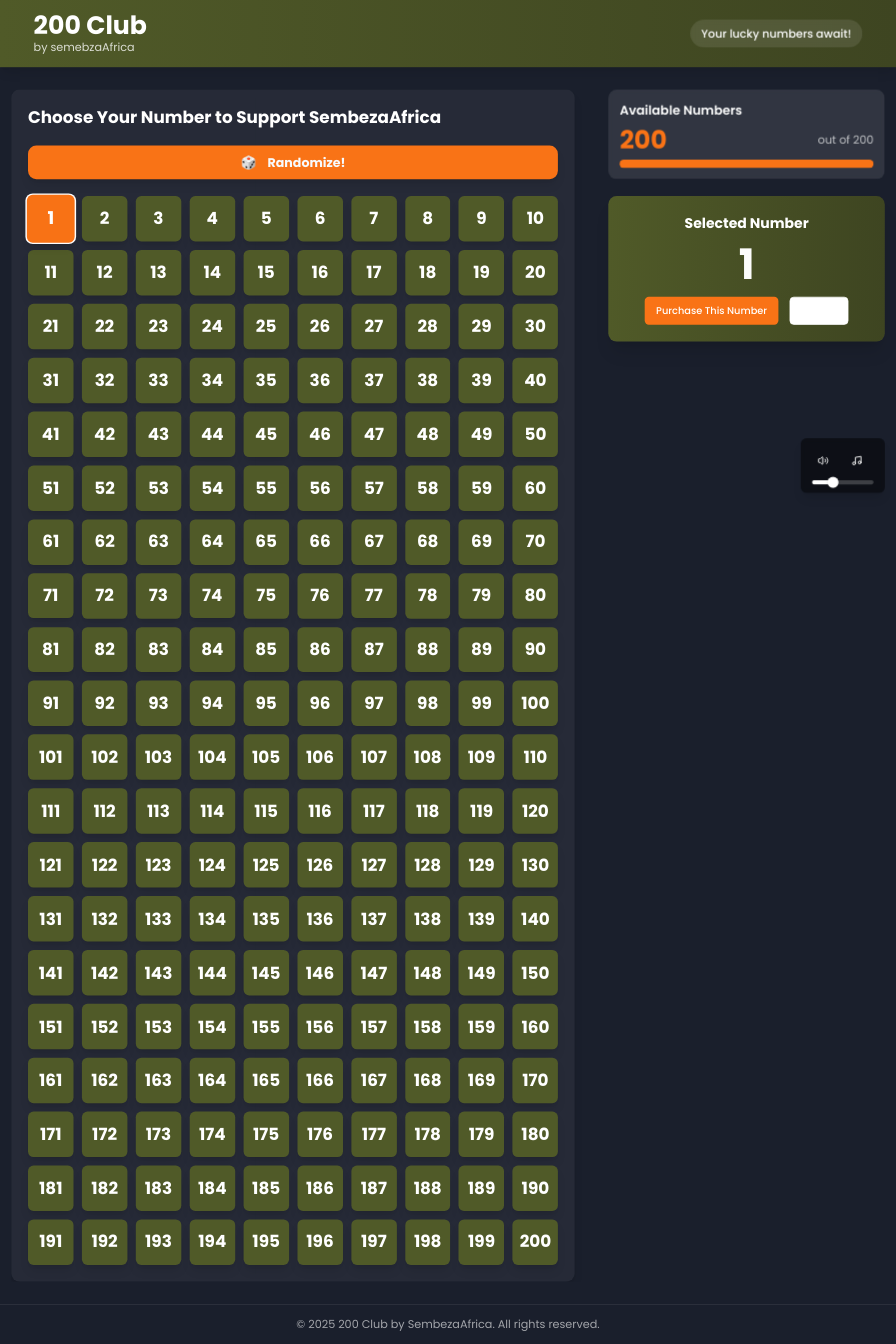
Repository: kaizoku010/200club
Page: /game, after clicking the first element matching `div.number-card`
These files come from the project's save history. The page is drawn as it stood at one moment and after the next save; the edit follows.
The browser window is 1280 px wide. The pictures show the whole page, at 70% of full size.
The project was rebuilt for these pictures with package versions that can differ from the ones it lists, and the page was loaded fresh each time. Also part of the build but not shown: vite.config.ts, src/components/ui/tooltip.tsx, src/pages/LandingPage.tsx, src/components/Cart.tsx, src/components/ui/input.tsx, src/components/ui/radio-group.tsx, src/components/ui/label.tsx, src/pages/NotFound.tsx.

Above is the page before, as saved 2025-05-07 02:40:22.

### index.html
<!DOCTYPE html>
<html lang="en">
  <head>
    <meta charset="UTF-8" />
    <meta name="viewport" content="width=device-width, initial-scale=1.0" />
    <title>lucky-number-arena-buy</title>
    <meta name="description" content="Lovable Generated Project" />
    <meta name="author" content="Lovable" />

    <meta property="og:title" content="lucky-number-arena-buy" />
    <meta property="og:description" content="Lovable Generated Project" />
    <meta property="og:type" content="website" />
    <meta property="og:image" content="https://lovable.dev/opengraph-image-p98pqg.png" />

    <meta name="twitter:card" content="summary_large_image" />
    <meta name="twitter:site" content="@lovable_dev" />
    <meta name="twitter:image" content="https://lovable.dev/opengraph-image-p98pqg.png" />
  </head>

  <body>
    <div id="root"></div>
    <!-- IMPORTANT: DO NOT REMOVE THIS SCRIPT TAG OR THIS VERY COMMENT! -->
    <script src="https://cdn.gpteng.co/gptengineer.js" type="module"></script>
    <script type="module" src="/src/main.tsx"></script>
  </body>
</html>

### src/App.tsx
import { Toaster } from "@/components/ui/toaster";
import { Toaster as Sonner } from "@/components/ui/sonner";
import { TooltipProvider } from "@/components/ui/tooltip";
import { QueryClient, QueryClientProvider } from "@tanstack/react-query";
import { BrowserRouter, Routes, Route, Navigate } from "react-router-dom";
import LandingPage from "./pages/LandingPage";
import GamePage from "./pages/GamePage";
import NotFound from "./pages/NotFound";

const queryClient = new QueryClient();

const App = () => (
  <QueryClientProvider client={queryClient}>
    <TooltipProvider>
      <Toaster />
      <Sonner />
      <BrowserRouter>
        <Routes>
          <Route path="/" element={<LandingPage />} />
          <Route path="/game" element={<GamePage />} />
          {/* Redirect /index to the new game page for backward compatibility */}
          <Route path="/index" element={<Navigate to="/game" replace />} />
          {/* ADD ALL CUSTOM ROUTES ABOVE THE CATCH-ALL "*" ROUTE */}
          <Route path="*" element={<NotFound />} />
        </Routes>
      </BrowserRouter>
    </TooltipProvider>
  </QueryClientProvider>
);

export default App;

### src/index.css

@import url('https://fonts.googleapis.com/css2?family=Poppins:wght@400;500;600;700&display=swap');

@tailwind base;
@tailwind components;
@tailwind utilities;

@layer base {
  :root {
    --background: 0 0% 100%;
    --foreground: 222.2 84% 4.9%;

    --card: 0 0% 100%;
    --card-foreground: 222.2 84% 4.9%;

    --popover: 0 0% 100%;
    --popover-foreground: 222.2 84% 4.9%;

    --primary: 222.2 47.4% 11.2%;
    --primary-foreground: 210 40% 98%;

    --secondary: 210 40% 96.1%;
    --secondary-foreground: 222.2 47.4% 11.2%;

    --muted: 210 40% 96.1%;
    --muted-foreground: 215.4 16.3% 46.9%;

    --accent: 210 40% 96.1%;
    --accent-foreground: 222.2 47.4% 11.2%;

    --destructive: 0 84.2% 60.2%;
    --destructive-foreground: 210 40% 98%;

    --border: 214.3 31.8% 91.4%;
    --input: 214.3 31.8% 91.4%;
    --ring: 222.2 84% 4.9%;

    --radius: 0.5rem;
  }

  .dark {
    --background: 222.2 84% 4.9%;
    --foreground: 210 40% 98%;

    --card: 222.2 84% 4.9%;
    --card-foreground: 210 40% 98%;

    --popover: 222.2 84% 4.9%;
    --popover-foreground: 210 40% 98%;

    --primary: 210 40% 98%;
    --primary-foreground: 222.2 47.4% 11.2%;

    --secondary: 217.2 32.6% 17.5%;
    --secondary-foreground: 210 40% 98%;

    --muted: 217.2 32.6% 17.5%;
    --muted-foreground: 215 20.2% 65.1%;

    --accent: 217.2 32.6% 17.5%;
    --accent-foreground: 210 40% 98%;

    --destructive: 0 62.8% 30.6%;
    --destructive-foreground: 210 40% 98%;

    --border: 217.2 32.6% 17.5%;
    --input: 217.2 32.6% 17.5%;
    --ring: 212.7 26.8% 83.9%;
  }
}

@layer base {
  * {
    @apply border-border;
  }

  body {
    @apply bg-game-background text-game-text font-sans;
  }

  .number-card {
    @apply flex items-center justify-center bg-game-primary rounded-lg text-white font-bold text-2xl shadow-lg transition-all duration-300 hover:scale-105 hover:bg-game-secondary cursor-pointer;
    aspect-ratio: 1 / 1;
  }

  .number-card.selected {
    @apply bg-game-accent scale-105 ring-2 ring-white;
    animation: pulse 2s infinite;
  }

  .number-card.purchased {
    @apply bg-gray-500 opacity-50 cursor-not-allowed hover:scale-100;
  }

  .action-button {
    @apply bg-game-accent text-white font-bold py-3 px-6 rounded-full shadow-lg hover:bg-game-highlight transition-colors duration-300;
  }

  .payment-option {
    @apply flex items-center space-x-2 p-4 border-2 rounded-xl transition-all duration-300;
  }

  .payment-option.selected {
    @apply border-game-accent bg-opacity-10 bg-game-accent;
  }

  @keyframes pulse {
    0%, 100% {
      transform: scale(1.05);
    }
    50% {
      transform: scale(1.1);
    }
  }
}

### src/components/ui/toaster.tsx
import { useToast } from "@/hooks/use-toast"
import {
  Toast,
  ToastClose,
  ToastDescription,
  ToastProvider,
  ToastTitle,
  ToastViewport,
} from "@/components/ui/toast"

export function Toaster() {
  const { toasts } = useToast()

  return (
    <ToastProvider>
      {toasts.map(function ({ id, title, description, action, ...props }) {
        return (
          <Toast key={id} {...props}>
            <div className="grid gap-1">
              {title && <ToastTitle>{title}</ToastTitle>}
              {description && (
                <ToastDescription>{description}</ToastDescription>
              )}
            </div>
            {action}
            <ToastClose />
          </Toast>
        )
      })}
      <ToastViewport />
    </ToastProvider>
  )
}

### src/components/ui/sonner.tsx
import { useTheme } from "next-themes"
import { Toaster as Sonner, toast } from "sonner"

type ToasterProps = React.ComponentProps<typeof Sonner>

const Toaster = ({ ...props }: ToasterProps) => {
  const { theme = "system" } = useTheme()

  return (
    <Sonner
      theme={theme as ToasterProps["theme"]}
      className="toaster group"
      toastOptions={{
        classNames: {
          toast:
            "group toast group-[.toaster]:bg-background group-[.toaster]:text-foreground group-[.toaster]:border-border group-[.toaster]:shadow-lg",
          description: "group-[.toast]:text-muted-foreground",
          actionButton:
            "group-[.toast]:bg-primary group-[.toast]:text-primary-foreground",
          cancelButton:
            "group-[.toast]:bg-muted group-[.toast]:text-muted-foreground",
        },
      }}
      {...props}
    />
  )
}

export { Toaster, toast }

### src/components/ui/button.tsx
import * as React from "react"
import { Slot } from "@radix-ui/react-slot"
import { cva, type VariantProps } from "class-variance-authority"

import { cn } from "@/lib/utils"

const buttonVariants = cva(
  "inline-flex items-center justify-center gap-2 whitespace-nowrap rounded-md text-sm font-medium ring-offset-background transition-colors focus-visible:outline-none focus-visible:ring-2 focus-visible:ring-ring focus-visible:ring-offset-2 disabled:pointer-events-none disabled:opacity-50 [&_svg]:pointer-events-none [&_svg]:size-4 [&_svg]:shrink-0",
  {
    variants: {
      variant: {
        default: "bg-primary text-primary-foreground hover:bg-primary/90",
        destructive:
          "bg-destructive text-destructive-foreground hover:bg-destructive/90",
        outline:
          "border border-input bg-background hover:bg-accent hover:text-accent-foreground",
        secondary:
          "bg-secondary text-secondary-foreground hover:bg-secondary/80",
        ghost: "hover:bg-accent hover:text-accent-foreground",
        link: "text-primary underline-offset-4 hover:underline",
      },
      size: {
        default: "h-10 px-4 py-2",
        sm: "h-9 rounded-md px-3",
        lg: "h-11 rounded-md px-8",
        icon: "h-10 w-10",
      },
    },
    defaultVariants: {
      variant: "default",
      size: "default",
    },
  }
)

export interface ButtonProps
  extends React.ButtonHTMLAttributes<HTMLButtonElement>,
    VariantProps<typeof buttonVariants> {
  asChild?: boolean
}

const Button = React.forwardRef<HTMLButtonElement, ButtonProps>(
  ({ className, variant, size, asChild = false, ...props }, ref) => {
    const Comp = asChild ? Slot : "button"
    return (
      <Comp
        className={cn(buttonVariants({ variant, size, className }))}
        ref={ref}
        {...props}
      />
    )
  }
)
Button.displayName = "Button"

export { Button, buttonVariants }

### src/components/Header.tsx

import React from 'react';
import { useToast } from '@/components/ui/use-toast';

const Header: React.FC = () => {
  return (
    <header className="bg-gradient-to-r from-game-primary to-game-secondary p-4 shadow-lg">
      <div className="container mx-auto flex flex-col md:flex-row items-center justify-between">
        <div className="text-center md:text-left mb-4 md:mb-0">
          <h1 className="text-3xl md:text-4xl font-bold text-white">
            200 Club
          </h1>
          <p className="text-white/80">by semebzaAfrica</p>
        </div>
        <div className="flex items-center space-x-4">
          <div className="bg-white/10 p-2 px-4 rounded-full backdrop-blur-sm">
            <span className="text-white font-medium">Your lucky numbers await!</span>
          </div>
        </div>
      </div>
    </header>
  );
};

export default Header;

### src/components/NumberGrid.tsx

import React from 'react';
import { cn } from '@/lib/utils';
import { playSound } from '@/services/soundService';

interface NumberGridProps {
  availableNumbers: number[];
  selectedNumber: number | null;
  purchasedNumbers: number[];
  onNumberSelected: (number: number) => void;
}

const NumberGrid: React.FC<NumberGridProps> = ({
  availableNumbers,
  selectedNumber,
  purchasedNumbers,
  onNumberSelected
}) => {
  const allNumbers = Array.from({ length: 200 }, (_, i) => i + 1);

  const isNumberAvailable = (num: number) => availableNumbers.includes(num);
  const isNumberPurchased = (num: number) => purchasedNumbers.includes(num);
  const isNumberSelected = (num: number) => selectedNumber === num;

  return (
    <div className="grid grid-cols-5 sm:grid-cols-8 md:grid-cols-10 gap-2 md:gap-3">
      {allNumbers.map(number => (
        <div
          key={number}
          className={cn(
            "number-card animate-scaleIn",
            isNumberPurchased(number) && "purchased",
            isNumberSelected(number) && "selected",
            !isNumberAvailable(number) && !isNumberPurchased(number) && "purchased"
          )}
          style={{ animationDelay: `${number * 5}ms` }}
          onClick={() => {
            if (isNumberAvailable(number) && !isNumberPurchased(number)) {
              onNumberSelected(number);
              // Play select sound
              playSound('select');
            }
          }}
        >
          {number}
        </div>
      ))}
    </div>
  );
};

export default NumberGrid;

### src/components/RandomizeButton.tsx

import React, { useState } from 'react';
import { useToast } from '@/components/ui/use-toast';
import { SoundButton } from '@/components/ui/sound-button';
import { playSound } from '@/services/soundService';

interface RandomizeButtonProps {
  availableNumbers: number[];
  onRandomNumber: (number: number) => void;
}

const RandomizeButton: React.FC<RandomizeButtonProps> = ({ availableNumbers, onRandomNumber }) => {
  const [isAnimating, setIsAnimating] = useState(false);
  const { toast } = useToast();

  const handleRandomize = () => {
    if (availableNumbers.length === 0) {
      toast({
        title: "No numbers available",
        description: "All numbers have been purchased!",
        variant: "destructive",
      });
      return;
    }

    setIsAnimating(true);

    // Play casino spin sound
    playSound('casinoSpin');

    // Simulate a spinning selection process
    let counter = 0;
    const spinInterval = 100; // ms between spins

    const interval = setInterval(() => {
      const randomIndex = Math.floor(Math.random() * availableNumbers.length);
      const tempNumber = availableNumbers[randomIndex];
      onRandomNumber(tempNumber);
      counter++;

      // Play tick sound every few spins
      if (counter % 3 === 0) {
        playSound('spin');
      }

      if (counter >= 20) {
        clearInterval(interval);
        setIsAnimating(false);

        // Play jackpot sound when finished
        playSound('jackpot');

        // Show found toast
        toast({
          title: "Lucky Number Found!",
          description: `You found number ${tempNumber}! Want to purchase it?`,
          variant: "default",
        });
      }
    }, spinInterval);
  };

  return (
    <div className="w-full">
      <SoundButton
        onClick={handleRandomize}
        disabled={isAnimating || availableNumbers.length === 0}
        soundEffect="click"
        hoverSound={true}
        className={`w-full text-lg py-6 font-bold ${
          isAnimating ? 'bg-game-secondary' : 'bg-game-accent hover:bg-game-highlight'
        } rounded-xl shadow-lg`}
      >
        <div
          className={`mr-2 inline-block ${isAnimating ? 'animate-spin' : ''}`}
        >
          🎲
        </div>
        {isAnimating ? "Finding Lucky Number..." : "Randomize!"}
      </SoundButton>
    </div>
  );
};

export default RandomizeButton;

### src/components/SelectedNumber.tsx

import React, { useRef } from 'react';
import { ShoppingCart } from 'lucide-react';
import { SoundButton } from '@/components/ui/sound-button';
import { playSound } from '@/services/soundService';

interface SelectedNumberProps {
  selectedNumber: number | null;
  onPurchase: () => void;
  onCancel: () => void;
}

const SelectedNumber: React.FC<SelectedNumberProps> = ({ selectedNumber, onPurchase, onCancel }) => {
  if (selectedNumber === null) {
    return null;
  }

  return (
    <div className="bg-gradient-to-r from-game-primary to-game-secondary p-6 rounded-xl shadow-xl text-center animate-fadeIn">
      <h3 className="text-xl font-bold text-white mb-2">Selected Number</h3>
      <div className="text-6xl font-bold text-white my-4 animate-pulse">
        {selectedNumber}
      </div>
      <div className="flex flex-col sm:flex-row justify-center gap-4 mt-4">
        <SoundButton
          onClick={onPurchase}
          soundEffect="success"
          hoverSound={true}
          className="bg-game-accent hover:bg-game-highlight text-white"
        >
          Purchase This Number
        </SoundButton>
        <SoundButton
          onClick={onCancel}
          soundEffect="click"
          variant="outline"
          className="border-white text-white hover:bg-white/20"
        >
          Cancel
        </SoundButton>
      </div>
    </div>
  );
};

// Create a fixed purchase button that appears on mobile when a number is selected
export const MobilePurchaseButton: React.FC<{
  selectedNumber: number | null;
  onPurchase: () => void;
  cartRef?: React.RefObject<HTMLDivElement>;
}> = ({ selectedNumber, onPurchase, cartRef }) => {
  if (selectedNumber === null) {
    return null;
  }

  const handlePurchase = () => {
    onPurchase();

    // Scroll to cart after a short delay to ensure the cart is rendered
    setTimeout(() => {
      if (cartRef && cartRef.current) {
        cartRef.current.scrollIntoView({ behavior: 'smooth' });
      }
    }, 100);
  };

  return (
    <div className="md:hidden fixed bottom-4 left-0 right-0 z-50 px-4 animate-slideUp"
    >
      <SoundButton
        onClick={handlePurchase}
        soundEffect="success"
        hoverSound={true}
        className="w-full bg-game-accent hover:bg-game-highlight text-white py-6 text-lg font-bold shadow-lg"
      >
        <ShoppingCart className="mr-2" />
        Purchase #{selectedNumber}
      </SoundButton>
    </div>
  );
};

export default SelectedNumber;

### src/components/AvailableCounter.tsx

import React from 'react';

interface AvailableCounterProps {
  availableCount: number;
  totalCount: number;
}

const AvailableCounter: React.FC<AvailableCounterProps> = ({ availableCount, totalCount }) => {
  const percentage = (availableCount / totalCount) * 100;

  return (
    <div className="bg-white/10 backdrop-blur-sm p-4 rounded-xl">
      <h3 className="text-lg font-semibold text-white mb-2">Available Numbers</h3>
      <div className="flex items-center justify-between">
        <div className="text-4xl font-bold text-game-accent animate-fadeIn">
          {availableCount}
        </div>
        <div className="text-white/70">out of {totalCount}</div>
      </div>
      <div className="mt-2 h-3 bg-white/20 rounded-full overflow-hidden">
        <div
          className="h-full bg-game-accent animate-progressBar"
          style={{ width: `${percentage}%` }}
        ></div>
      </div>
    </div>
  );
};

export default AvailableCounter;

### src/services/numberService.ts

// This is a mock service that would be replaced with a real backend service
// In a real app, this would connect to a database to track available and purchased numbers

// Local storage keys
const PURCHASED_NUMBERS_KEY = 'purchasedNumbers';
const USER_CART_KEY = 'userCart';

// Initialize purchased numbers from local storage or default to empty array
const initializePurchasedNumbers = (): number[] => {
  const storedNumbers = localStorage.getItem(PURCHASED_NUMBERS_KEY);
  return storedNumbers ? JSON.parse(storedNumbers) : [];
};

// Initialize cart from local storage or default to empty array
const initializeCart = (): number[] => {
  const storedCart = localStorage.getItem(USER_CART_KEY);
  return storedCart ? JSON.parse(storedCart) : [];
};

// Get all available numbers (1-200 excluding purchased ones)
export const getAvailableNumbers = (): number[] => {
  const purchasedNumbers = initializePurchasedNumbers();
  return Array.from({ length: 200 }, (_, i) => i + 1)
    .filter(num => !purchasedNumbers.includes(num));
};

// Get purchased numbers
export const getPurchasedNumbers = (): number[] => {
  return initializePurchasedNumbers();
};

// Get cart items
export const getCartItems = (): number[] => {
  return initializeCart();
};

// Add number to cart
export const addToCart = (number: number): void => {
  const cart = initializeCart();
  if (!cart.includes(number)) {
    const updatedCart = [...cart, number];
    localStorage.setItem(USER_CART_KEY, JSON.stringify(updatedCart));
  }
};

// Remove number from cart
export const removeFromCart = (number: number): void => {
  const cart = initializeCart();
  const updatedCart = cart.filter(item => item !== number);
  localStorage.setItem(USER_CART_KEY, JSON.stringify(updatedCart));
};

// Clear cart
export const clearCart = (): void => {
  localStorage.setItem(USER_CART_KEY, JSON.stringify([]));
};

// Purchase numbers (move from cart to purchased)
export const purchaseNumbers = (numbers: number[], email: string): void => {
  const purchasedNumbers = initializePurchasedNumbers();
  const updatedPurchasedNumbers = [...purchasedNumbers, ...numbers];

  localStorage.setItem(PURCHASED_NUMBERS_KEY, JSON.stringify(updatedPurchasedNumbers));
  clearCart();

  // In a real app, this would send an email with purchase confirmation
  console.log(`Email sent to ${email} for numbers: ${numbers.join(', ')}`);
};

// Send confirmation email (mock function)
export const sendConfirmationEmail = (email: string, numbers: number[]): void => {
  // This would connect to a real email service in production
  console.log(`Sending confirmation email to ${email} for numbers: ${numbers.join(', ')}`);
};

### src/components/ui/sound-button.tsx
import React from 'react';
import { Button, ButtonProps } from '@/components/ui/button';
import { playSound, toggleBackgroundMusic, isMusicEnabled } from '@/services/soundService';
import { cn } from '@/lib/utils';

interface SoundButtonProps extends ButtonProps {
  soundEffect?: 'click' | 'select' | 'success' | 'purchase';
  hoverSound?: boolean;
}

const SoundButton = React.forwardRef<HTMLButtonElement, SoundButtonProps>(
  ({ className, soundEffect = 'click', hoverSound = false, onMouseEnter, onClick, ...props }, ref) => {

    const handleMouseEnter = (e: React.MouseEvent<HTMLButtonElement>) => {
      if (hoverSound) {
        playSound('buttonHover');
      }

      if (onMouseEnter) {
        onMouseEnter(e);
      }
    };

    const handleClick = (e: React.MouseEvent<HTMLButtonElement>) => {
      // Play the button sound effect
      playSound(soundEffect);

      // This is a good opportunity to start background music if it's enabled
      // but not playing yet (due to browser autoplay restrictions)
      if (isMusicEnabled()) {
        // Try to start background music now that we have user interaction
        toggleBackgroundMusic();
        toggleBackgroundMusic(); // Toggle twice to ensure it's playing if enabled
      }

      if (onClick) {
        onClick(e);
      }
    };

    return (
      <Button
        ref={ref}
        className={cn(className)}
        onMouseEnter={handleMouseEnter}
        onClick={handleClick}
        {...props}
      />
    );
  }
);

SoundButton.displayName = 'SoundButton';

export { SoundButton };

### src/components/ui/slider.tsx
import * as React from "react"
import * as SliderPrimitive from "@radix-ui/react-slider"

import { cn } from "@/lib/utils"

const Slider = React.forwardRef<
  React.ElementRef<typeof SliderPrimitive.Root>,
  React.ComponentPropsWithoutRef<typeof SliderPrimitive.Root>
>(({ className, ...props }, ref) => (
  <SliderPrimitive.Root
    ref={ref}
    className={cn(
      "relative flex w-full touch-none select-none items-center",
      className
    )}
    {...props}
  >
    <SliderPrimitive.Track className="relative h-1.5 w-full grow overflow-hidden rounded-full bg-white/20">
      <SliderPrimitive.Range className="absolute h-full bg-white" />
    </SliderPrimitive.Track>
    <SliderPrimitive.Thumb className="block h-4 w-4 rounded-full border border-white/50 bg-white shadow transition-colors focus-visible:outline-none focus-visible:ring-1 focus-visible:ring-ring disabled:pointer-events-none disabled:opacity-50" />
  </SliderPrimitive.Root>
))
Slider.displayName = SliderPrimitive.Root.displayName

export { Slider }

Loaded but not shown: src/main.tsx (common file); src/hooks/use-toast.ts (common file); src/lib/utils.ts (common file); src/components/ui/use-toast.ts (common file); src/components/CheckoutModal.tsx (183 lines, source omitted); src/pages/GamePage.tsx (174 lines, source omitted); src/services/soundService.ts (186 lines, source omitted); src/components/ui/toast.tsx (127 lines, source omitted); src/components/SoundControls.tsx (135 lines, source omitted); tailwind.config.ts (151 lines, source omitted); src/components/ui/dialog.tsx (120 lines, source omitted)

After the next save:
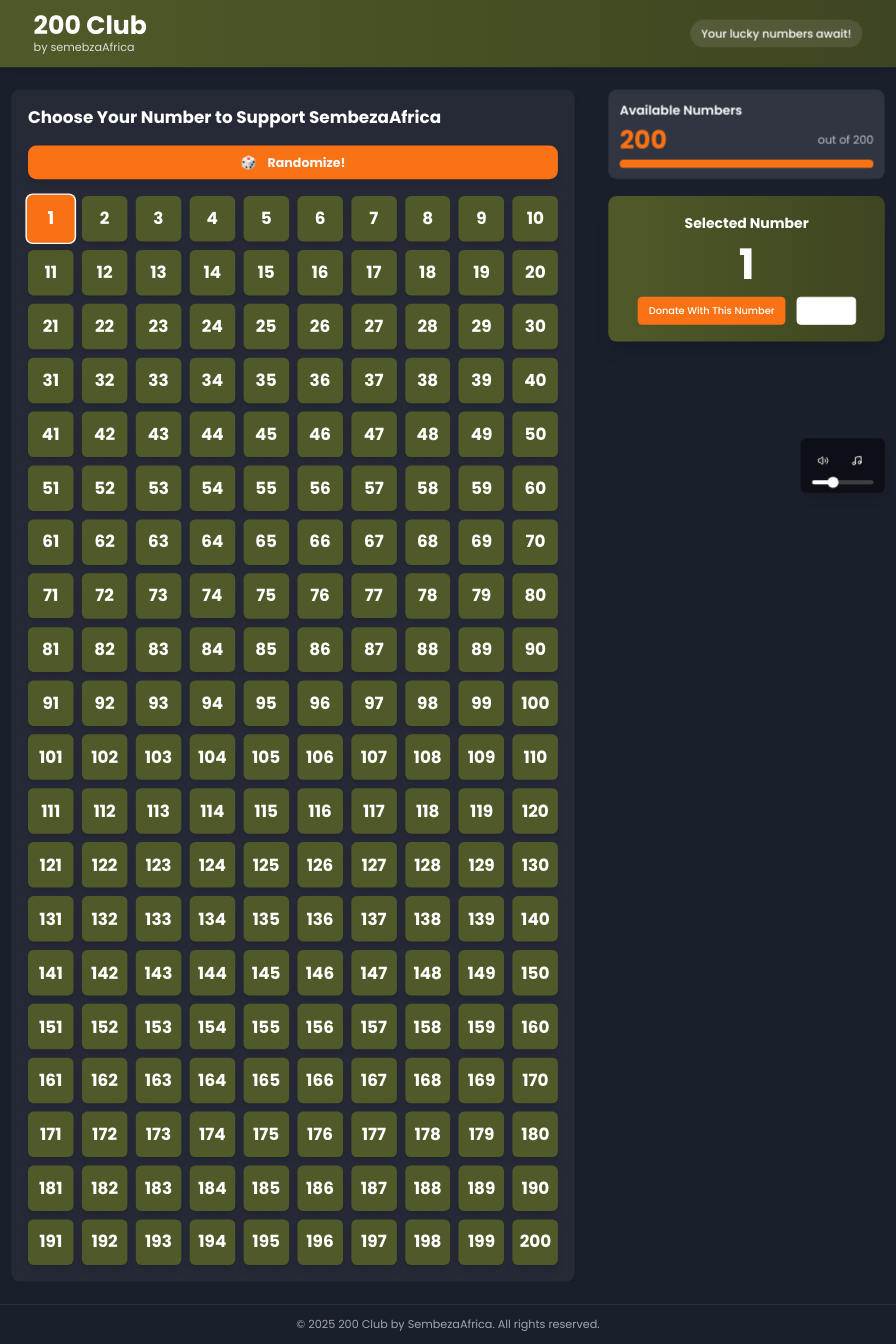
Saved 22 s later.
--- a/src/components/SelectedNumber.tsx
+++ b/src/components/SelectedNumber.tsx
@@ -28,7 +28,7 @@ const SelectedNumber: React.FC<SelectedNumberProps> = ({ selectedNumber, onPurch
           hoverSound={true}
           className="bg-game-accent hover:bg-game-highlight text-white"
         >
-          Purchase This Number
+          Donate With This Number
         </SoundButton>
         <SoundButton
           onClick={onCancel}
